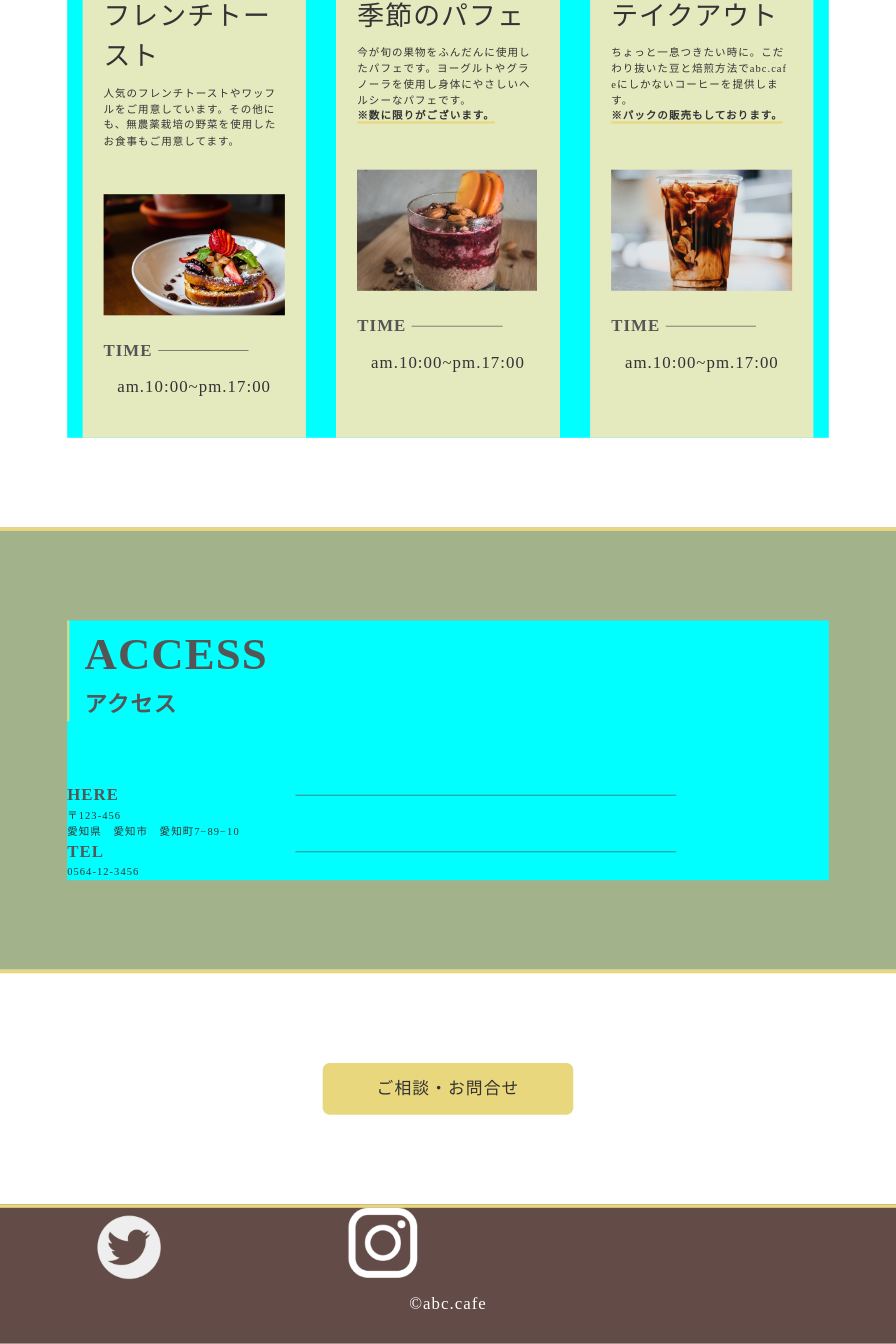
Repository: nozomi-23/lp1_test
Page: index.html
The author's editor kept a copy of each file at every save. The page is drawn from the files as they stood at one save, then again after the next save.
The browser window is 1280 px wide. The pictures show the part of the page from y = 3468 to 5388 px (the page is 5388 px tall), at 70% of full size.

Above is the page before, as saved 2022-06-08 23:15:51.

### index.html
<!DOCTYPE html>
<html lang="ja">
<head>
  <meta charset="UTF-8">
  <title>abc.cafe</title>
  <meta name="description" content="旬の果物とオーガニックなカフェ">
  <meta name="keywords" content="cafe,カフェ,フルーツ,お洒落">
  <meta name="viewport" content="width=device-width, initial-scale=1.0">
  <meta property="og:title" content="フルーツカフェ「abc.cafe」">
  <meta property="og:type" content="article">
  <meta property="og:url" content="https://withcode-plus.tech">
  <meta property="og:image" content="img/logo.png">
  <meta property="og:description" content="旬の果物とカラダに優しい食事を。">
  <meta property="og:site_name" content="お洒落なフルーツカフェ">
  <link rel="icon" href="img/favicon1.ico">
  <link rel="apple-touch-icon" sizes="180x180" href="img/logo.png">
  <link rel="preconnect" href="https://fonts.googleapis.com">
  <link rel="preconnect" href="https://fonts.gstatic.com" crossorigin>
  <link href="https://fonts.googleapis.com/css2?family=Noto+Serif+JP:wght@400;500;600;700;900&display=swap"
    rel="stylesheet">
  <link rel="stylesheet" href="css/reset.css">
  <link rel="stylesheet" href="css/common.css">
</head>
<body>
  <!-- ============= header -->
  <header>
    <div class="header_wrapper">
      <div class="inner">
        <nav class="header_nav">
          <ul>
            <li><a href="#news">NEWS<span>ニュース</span></a></li>
            <li><a href="#about">ABOUT<span>abc.cafeとは</span></a></li>
            <li><a href="#menu">MENU<span>メニュー</span></a></li>
            <li><a href="#access">ACCESS<span>アクセス</span></a></li>
            <li><a href="#contact">CONTACT<span>お問合せ</span></a></li>
          </ul>
        </nav>
      </div>
    </div>
  </header>
  <!-- ===================-main -->
  <div class="top_wrapper">
    <div class="top_inner">
      <h1>abc.cafe</h1>
    </div>
  </div>
  <!-- ===================-news -->
  <section id="news">
    <div class="news_wrapper">
      <div class="inner">
        <h2 class="title">NEWS<span>最新情報</span></h2>
        <div class="news_txt">
          <table>
            <tr>
              <th>2022.6</th>
              <td>今月の営業時間　更新しました</td>
            </tr>
            <tr>
              <th>2022.5</th>
              <td>期間限定　季節のフルーツパフェはじめました</td>
            </tr>
            <tr>
              <th>2022.3</th>
              <td>新メニュー追加しました</td>
            </tr>
          </table>
        </div>
      </div>
    </div>
  </section>
  <!-- ===================-about -->
  <section class="about_img_1 section" id="about">
    <div class="inner">
      <div class="about_descript">
        <h2 class="title">ABOUT<span>abc.cafeについて</span></h2>
        <div class="txt">
          <h3>abc.cafeのこだわり</h3>
          <p><strong>カラダは食べるものでできている</strong><br>
            いつまでも元気な身体でいるためにはどんな食生活をするかが大切です。皆さん果物を積極的に食べていますか？abc.cafeは愛知県内の農家から届く<strong>季節のフルーツ</strong>をふんだんに使用したメニューを提供しています。</p>
        </div>
    </div>
    </div>
    </section>
  <section class="about_img_2 section"   id="about">
    <div class="inner">
      <div class="about_descript about_descript_right">
        <h2 class="title">MORE..<span>さらに</span></h2>
        <div class="txt">
          <h3>coffeeにもこだわり</h3>
          <p>abc.cafeではオーナー自らが仕入れたこだわりのコーヒー豆を直焙煎し提供しています。
          果物に合う「<strong>後味のキレイなコーヒー</strong>」を追求し、最後の一滴まで満足のいく一杯に仕上げました。お洒落なラテアートで視覚的にも楽しんでください。。
          </p>
        </div>
    </div>
    </div>
  </div>
  </section>

  <!-- ===================-menu -->
  <section class="menu_wrapper section_bg_white" id="menu">
    <div class="inner">
      <h2 class="title">MENU<span>メニュー</span></h2>
      <div class="fram_wrapper">
        <div class="fram">
          <div class="fram_txt">
            <span>food</span>
            <h4>フレンチトースト</h4>
            <p>人気のフレンチトーストやワッフルをご用意しています。その他にも、無農薬栽培の野菜を使用したお食事もご用意してます。</p>
          </div>
          <img class="photo" src="img/menu_1.png" alt="フレンチトースト">
          <div>
            <p class="sub_title">TIME</p>
          </div>
          <p class="time">am.<span>10:00</span>~pm.<span>17:00</span></p>
        </div>
        <div class="fram">
          <div class="fram_txt">
            <span>dessert</span>
            <h4>季節のパフェ</h4>
            <p>今が旬の果物をふんだんに使用したパフェです。ヨーグルトやグラノーラを使用し身体にやさしいヘルシーなパフェです。<br>
            <strong>※数に限りがございます。</strong></p>
          </div>
          <img class="photo" src="img/menu_2.png" alt="パフェ">
          <div>
            <p class="sub_title">TIME</p>
          </div>
          <p class="time">am.<span>10:00</span>~pm.<span>17:00</span></p>
        </div>
        <div class="fram">
          <div class="fram_txt">
            <span>coffee</span>
            <h4>テイクアウト</h4>
            <p>ちょっと一息つきたい時に。こだわり抜いた豆と焙煎方法でabc.cafeにしかないコーヒーを提供します。<br>
            <strong>※パックの販売もしております。</strong>
            </p>
          </div>
          <p class="fram_txt"></p>
          <img class="photo" src="img/menu_3.png" alt="テイクアウト">
          <p class="sub_title">TIME</p>
          <p class="time">am.<span>10:00</span>~pm.<span>17:00</span></p>
        </div>
      </div>
    </div>
  </section>
  <!-- ================access-->
  <section class="section" id="access">
    <div class="inner">
      <h2 class="title">ACCESS<span>アクセス</span></h2>
      <div class="access_ferm">
        <p class="sub_title">HERE</p>
        <p class="adress">〒123-456<br>
        愛知県　愛知市　愛知町7−89−10</p>
        <p class="sub_title">TEL</p>
        <p class="adress">0564-12-3456</p>

      </div>


    </div>

  </section>
  <!-- ================contact-->
  <section class="contact section_bg_white" id="contact">
    <div class="button">
      <a href="#">ご相談・お問合せ</a>
    </div>

  </section>
  <!-- ================footer-->
  <footer>
    <div class="footer_wrapper">
      <ul class="footer_sns">
        <li>
          <a href="#"><img src="img/footer_twitter.png" alt="twitter"></a>
        </li>
        <li>
          <a href="#"><img src="img/footer_insta.png" alt="instagram"></a>
        </li>
      </ul>
      <div class="copyriter">
      <p><small>&copy;abc.cafe</small></p>
      </div>

    </div>
  </footer>







</body>
</html>

### css/reset.css
@charset "UTF-8";

html,
body,
div,
span,
object,
iframe,
h1,
h2,
h3,
h4,
h5,
h6,
p,
blockquote,
pre,
abbr,
address,
cite,
code,
del,
dfn,
em,
img,
ins,
kbd,
q,
samp,
small,
strong,
sub,
sup,
var,
b,
i,
dl,
dt,
dd,
ol,
ul,
li,
fieldset,
form,
label,
legend,
table,
caption,
tbody,
tfoot,
thead,
tr,
th,
td,
article,
aside,
canvas,
details,
figcaption,
figure,
footer,
header,
hgroup,
menu,
nav,
section,
summary,
time,
mark,
audio,
video {
  margin: 0;
  padding: 0;
  border: 0;
  outline: 0;
  font-size: 100%;
  vertical-align: baseline;
  background: transparent;
}

body {
  line-height: 1;
}

article,
aside,
details,
figcaption,
figure,
footer,
header,
hgroup,
menu,
nav,
section {
  display: block;
}

nav ul {
  list-style: none;
}

blockquote,
q {
  quotes: none;
}

blockquote:before,
blockquote:after,
q:before,
q:after {
  content: '';
  content: none;
}

a {
  margin: 0;
  padding: 0;
  font-size: 100%;
  vertical-align: baseline;
  background: transparent;
}

/* change colours to suit your needs */
ins {
  background-color: #ff9;
  color: #000;
  text-decoration: none;
}

/* change colours to suit your needs */
mark {
  background-color: #ff9;
  color: #000;
  font-style: italic;
  font-weight: bold;
}

del {
  text-decoration: line-through;
}

abbr[title],
dfn[title] {
  border-bottom: 1px dotted;
  cursor: help;
}

table {
  border-collapse: collapse;
  border-spacing: 0;
}

/* change border colour to suit your needs */
hr {
  display: block;
  height: 1px;
  border: 0;
  border-top: 1px solid #cccccc;
  margin: 1em 0;
  padding: 0;
}

input,
select {
  vertical-align: middle;
}

### css/common.css
@charset "UTF-8";

body {
  font-size: 15px;
  color: #333;
  font-family: 'Noto Serif JP', serif;
  word-break: break-all;
  letter-spacing: 0.1em;
  line-height: 1.5;
}
a {
  text-decoration: none;
  color: #333;
}
li {
  list-style: none;
}
.inner {
  width: 85%;
  margin: 0 auto;
  background-color: aqua;
}
/* =====================
共通パーツ
=========================*/
.title {
  font-weight: bold;
  font-size: 4rem;
  color: #555;
  border-left: solid 3px #E9D77D;
  padding-left: 2%;
  margin-bottom: 8%;
}
.title span {
  display: block;
  font-size: 2rem;
}
.section {
  border-top: solid 5px #E9D77D;
  background-color: #A2B38B;
  padding: 10% 0;
}
.section_bg_white {
  background-color: #fff;
  border-top: solid 5px #E9D77D;
  padding: 10% 0;
}


/* =====================
header
=========================*/
.header_wrapper {
  width: 100%;
  background-color: #634B47;
}
.header_nav ul {
  width: 100%;
  display: table;
}
.header_nav ul li {
  display: table-cell;
  text-align: center;
}
.header_nav ul li a {
  display: inline-block;
  color: #fff;
  padding: 8% 0;
}
.header_nav ul li a:hover {
  opacity: 0.5;
}
.header_nav ul li a span {
  display: block;
  margin-top: 10%;
}
/* =====================
main
=========================*/
.top_wrapper {
  width: 100%;
  height: 85vh;
  overflow: hidden;
  background: url(../img/main.png) no-repeat center;
  background-size: cover;
}
.top_wrapper::after {
  content: "";
  position: relative;
  width: 100%;
}
.top_inner {
  position: absolute;
  top: 20%;
  left: 37%;
  z-index: 1;
}
.top_inner h1{
  font-family: 'Lobster', cursive;
  font-size: 15rem;
  color: #fff;
  opacity: 65%;
}
/* =====================
news
=========================*/
.news_wrapper {
  padding: 10% 0;
}
.news_txt table{
  margin: 0 auto;
  background-color: #E9D77D;
  font-size: 1.5rem;
}
.news_txt tr {
  border-top: solid 1px;
}
.news_txt th {
  padding: 20px 100px 20px 0;
  font-weight: normal;
}
.news_txt td {
  padding: 20px 100px 20px 0;
}
/* =====================
about
=========================*/

.txt h3 {
  font-size: 2.4rem;
  margin-bottom: 1em;
  font-weight: normal;
}
.txt p {
  font-size: 1.5rem;
}
.txt strong {
  border-bottom: solid 5px #E9D77D;
}
.about_img_1 {
  position: relative;
}
.about_img_1::after {
  position: absolute;
  content: "";
  background: url(../img/about_1.png) no-repeat center;
  background-size: cover;
  width: 50%;
  height: 100%;
  top: 0;
  left: 50%;
}
.about_img_2 {
  position: relative;
}
.about_img_2::after {
  position: absolute;
  content: "";
  background: url(../img/about_2.png) no-repeat center;
  background-size: cover;
  width: 50%;
  height: 100%;
  top: 0;

}
.about_descript {
  width: 42%;
}
.about_descript_right {
  position: relative;
  left: 58%;
}
/* =====================
menu
=========================*/
.fram_wrapper {
  display: flex;
  justify-content: space-between;
  width: 100%;

}
.fram {
  width: 33.3333%;
  background-color: #E4E9BE;
  margin: 0 2%;
  padding: 55px 30px;
}
.photo{
  width: 100%;
  height: auto;
  margin-top: 25%;
  margin-bottom: 10%;
}
.fram_txt span {
  font-size: 1.5rem;
}
.fram_txt h4 {
  font-size: 2.4rem;
  font-weight: normal;
  margin-bottom: 5%;
}
.fram_txt p strong {
  border-bottom: solid 3px #E9D77D;
}
.sub_title {
  font-size: 1.5rem;
  font-weight: bold;
  color: #555;
  position: relative;
}
.sub_title::after {
  content: "";
  position: absolute;
  width: 50%;
  height: 1px;
  background-color: #555;
  top: 50%;
  left: 30%;
}
.sub_title p {
  position: relative;
  padding-right: 40%;
}
.time {
  text-align: center;
  font-size: 1.5rem;
  padding-top: 1rem;
}
/* =====================
access
=========================*/
.access_ferm {

}

/* =====================
contact
=========================*/
.button {
  margin: 0 auto;
  text-align: center;
  background-color: #E9D77D;
  width: 25%;
  padding: 1.5%;
  border-radius: 10px;
}
.button:hover {
  cursor: pointer;
  opacity: 0.5;
}
.button a {
  font-size: 1.5rem;
}
/* =====================
footer
=========================*/
.footer_wrapper {
  border-top: solid 5px #E9D77D;
  background-color: #634B47;
}
.copyriter {
  color: #fff;
  text-align: center;
  padding-bottom: 3%;
  font-size: 1.5rem;
}
.footer_sns {
  display: flex;
}
.footer_sns li {
  margin: 0 10%;
}

After the next save:
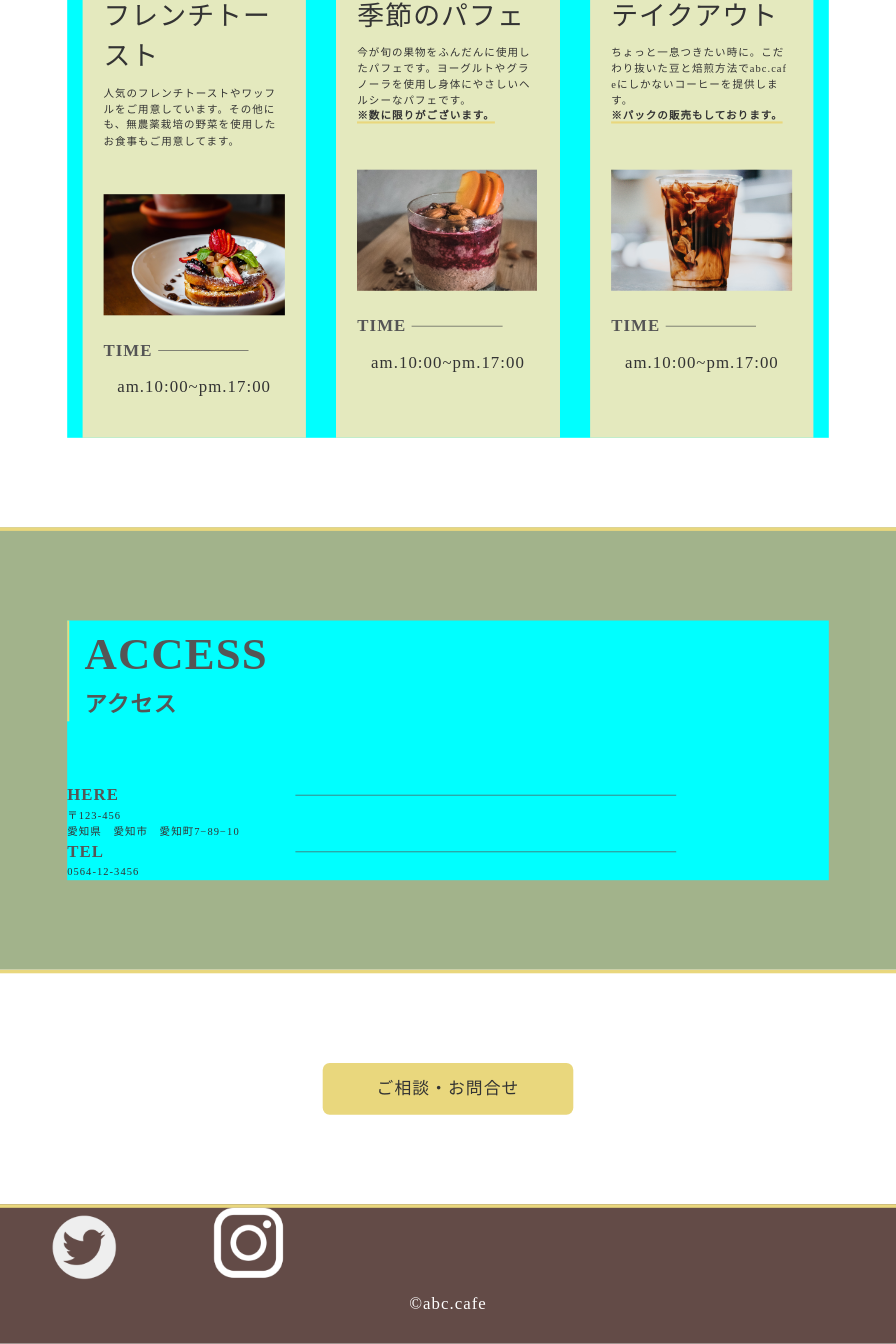
Saved 10 s later.
--- a/css/common.css
+++ b/css/common.css
@@ -268,5 +268,5 @@ footer
   display: flex;
 }
 .footer_sns li {
-  margin: 0 10%;
-}
+  margin: 0 5%;
+}
